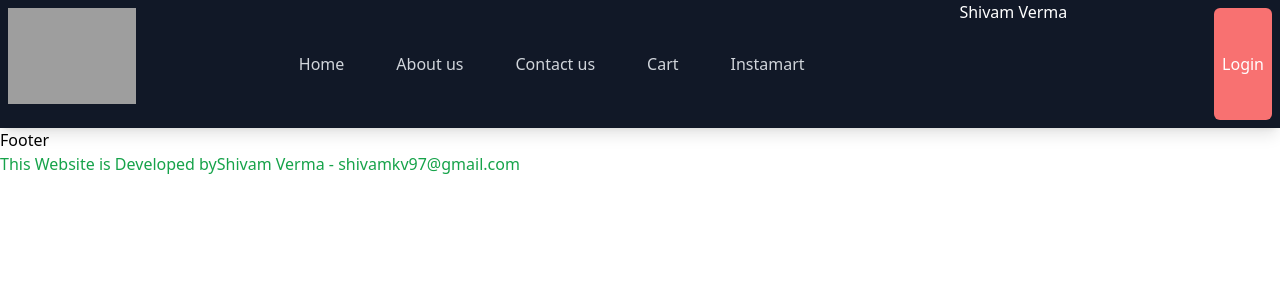
Repository: shivamv97/FOOD-VILLA-APP
Page: /
These files come from the project's save history. The page is drawn as it stood at one moment and after the next save; the edit follows.
The browser window is 1280 px wide. The pictures show the whole page.
Pictures or frames that could not be fetched are drawn as grey boxes. The page's requests for data from a server got no answer. The project was rebuilt for these pictures with package versions that can differ from the ones it lists, and the page was loaded fresh each time. No one was signed in, and anything a server would have sent is missing. Also part of the build but not shown: src/components/RestaurantCards.js, src/components/About.js, src/components/Error.js, src/components/ContactUs.js, src/utils/useRestaurant.js, src/components/RestaurantMenu.js, src/components/Profile.js.

Above is the page before, as saved 2024-09-27 17:00:01.

### index.html
<!DOCTYPE html>
<html lang="en" class="m-0 p-0">
  <head>
    <meta charset="UTF-8" />
    <meta name="viewport" content="width=device-width, initial-scale=1.0" />
    <title>Learning REACT</title>
    <link rel="stylesheet" href="style.css" />
    <!-- <script src="https://cdn.tailwindcss.com"></script> -->
  </head>
  <body>
    <div id="root">Not Rendered</div>
    <!-- <script
      crossorigin
      src="https://unpkg.com/react@18/umd/react.development.js"
    ></script>
    <script
      crossorigin
      src="https://unpkg.com/react-dom@18/umd/react-dom.development.js"
    ></script> -->
    <script type="module" src="src/App.js"></script>
  </body>
</html>

### src/App.js
import React, { lazy, Suspense } from "react";
import ReactDOM from "react-dom/client";
import HeaderComponent from "./components/Title";
import Body from "./components/Body";
import Footer from "./components/Footer";
import About from "./components/About";
import Error from "./components/Error";
import Contact from "./components/ContactUs";
import RestaurantMenu from "./components/RestaurantMenu";
import Profile from "./components/Profile";
import { createBrowserRouter, RouterProvider, Outlet } from "react-router-dom";
import Shimmer from "./components/Shimmer";
// import Instamart from "./components/Instamart";

const Instamart = lazy(() => import("./components/Instamart")); //Lazy Loading
//Return Promise

const AppLayout = () => {
  return (
    <>
      <HeaderComponent />
      <Outlet />
      <Footer />
    </>
  );
};

const appRouter = createBrowserRouter([
  {
    path: "/",
    element: <AppLayout />,
    errorElement: <Error />,
    children: [
      //Nested Routing
      {
        path: "/",
        element: <Body />,
      },
      {
        path: "/About", //parentPath/{path} => localhost:1234/about/profile
        element: <About />,
        children: [
          {
            path: "profile", //parentPath/{path} => localhost:1234/about/profile
            element: <Profile />,
          },
        ],
      },
      {
        path: "/Contact",
        element: <Contact />,
      },
      {
        path: "/Restaurant/:restaurantId", //Dynamic Routing
        element: <RestaurantMenu />,
      },
      {
        path: "/Instamart",
        element: (
          <Suspense fallback={<Shimmer />}>
            <Instamart />
          </Suspense>
        ),
      },
    ],
  },
]);

const root = ReactDOM.createRoot(document.getElementById("root"));

root.render(<RouterProvider router={appRouter} />);
//root will render according to the AppRouter

### src/components/Title.js
import { useState, useContext } from "react";
import { Link } from "react-router-dom";
import UserContext from "../utils/UserContext";
import useOnline from "../utils/useOnline";

const LoggedInUser = () => {
  //API used for authentication
  return true;
};

const Title = () => (
  <a href="/ ">
    <img
      className="h-28 p-2"
      alt="logo"
      src="https://encrypted-tbn0.gstatic.com/images?q=tbn:ANd9GcTJtFXKFKFoihdrJEvX4jBtXqfcO2kJ0KAlIg&s"
    />
  </a>
);

const HeaderComponent = () => {
  const [isLoggedIn, setisLoggedIn] = useState(false);

  const isOnline = useOnline();

  const { user } = useContext(UserContext);
  return (
    <div className="flex justify-between bg-gray-900 shadow-lg">
      <Title />
      <div className="nav-items">
        <ul className="flex py-10 gap-9 px-2">
          <li className="rounded-md py-3 px-2 font-medium text-gray-300 hover:bg-gray-500 hover:text-white">
            <Link to="/">Home </Link>
          </li>
          <li className="rounded-md py-3 px-2 font-medium text-gray-300 hover:bg-gray-500 hover:text-white">
            <Link to="/About">About us</Link>
          </li>
          <li className="rounded-md py-3 px-2 font-medium text-gray-300 hover:bg-gray-500 hover:text-white">
            <Link to="/Contact">Contact us</Link>
          </li>
          <li className="rounded-md py-3 px-2 font-medium text-gray-300 hover:bg-gray-500 hover:text-white">
            <Link to="#">Cart</Link>
          </li>
          <li className="rounded-md py-3 px-2 font-medium text-gray-300 hover:bg-gray-500 hover:text-white">
            <Link to="/Instamart">Instamart</Link>
          </li>
        </ul>
      </div>
      {/* <h1 className="text-white">{isOnline ? "🟢" : "No"}</h1> */}
      <h2 className="text-white">{user.name}</h2>
      {isLoggedIn ? (
        <button
          onClick={() => setisLoggedIn(false)}
          className="bg-red-400 text-white rounded-md m-2 p-2"
        >
          Logout
        </button>
      ) : (
        <button
          onClick={() => setisLoggedIn(true)}
          className="bg-red-400 text-white rounded-md m-2 p-2"
        >
          Login
        </button>
      )}
    </div>
  );
};

export default HeaderComponent;

### src/components/Body.js
import { restaurantlist, restaurant_data } from "../config";
import RestrauntCard from "./RestaurantCards";
import { useState, useEffect } from "react";
import Shimmer from "./Shimmer";
import { Link } from "react-router-dom";
import { filterdata } from "../utils/shares";
import useOnline from "../utils/useOnline";

const Body = () => {
  // const searchTxt = "KFC"; //for reference...(IN JS)
  const [AllRestaurants, setAllRestaurants] = useState([]);
  const [FilteredRestaurants, setFilteredRestaurants] = useState([]); //restaurantlist
  const [searchText, setsearchText] = useState(""); //To create state variable.......(IN REACT)
  // console.log("render()");

  useEffect(() => {
    //API call
    GetRestaurants();
  }, []);

  async function GetRestaurants() {
    const data = await fetch(restaurant_data);
    const json = await data.json();
    console.log(json);
    //you have to make change only in line 32,in cards[i],where i is keep changing in the above api link,try from 0-11
    //it's an config-driven UI,Hence,it's Grid Element position keeps on changing.......
    setAllRestaurants(
      json?.data?.cards[1]?.card?.card?.gridElements?.infoWithStyle?.restaurants
    );
    setFilteredRestaurants(
      json?.data?.cards[1]?.card?.card?.gridElements?.infoWithStyle?.restaurants
    );
  }
  const isOnline = useOnline();

  if (!isOnline) {
    return <h1>🚫Offline,please check your internet Connection!!</h1>; //early return
  }

  //Don't render component(Early Return)
  // if (!AllRestaurants) return null;
  // if (FilteredRestaurants?.length === 0) return <h1>No Restaurants Found!</h1>;

  //Conditional rendering
  return AllRestaurants?.length == 0 ? (
    <Shimmer />
  ) : (
    <>
      <div className="p-5 bg-green-50 my-5">
        <input
          type="text"
          className="search-input"
          placeholder="Search"
          value={searchText}
          onChange={(e) => {
            setsearchText(e.target.value);
          }}
        />
        <button
          className="p-2 m-2 bg-purple-600 text-white rounded-md hover:bg-green-400"
          onClick={() => {
            //filter the data according to need
            const data = filterdata(searchText, AllRestaurants);
            setFilteredRestaurants(data);
            //need to update the state-restauradnts
          }}
        >
          Search
        </button>
      </div>
      <div className="flex flex-wrap">
        {FilteredRestaurants.map((restaurant) => {
          return (
            <Link
              to={"/restaurant/" + restaurant.info.id}
              key={restaurant.info.id}
            >
              <RestrauntCard {...restaurant.info} />
            </Link>
          );
        })}
      </div>
    </>
  );
};

export default Body;

### src/components/Footer.js
import { useContext } from "react";
import UserContext from "../utils/UserContext";
const Footer = () => {
  const { user } = useContext(UserContext);
  return (
    <div>
      <h2>Footer</h2>
      <h3 className="text-green-600">
        This Website is Developed by{user.name} - {user.email}
      </h3>
    </div>
  );
};

export default Footer;

### src/components/Shimmer.js
const Shimmer = () => {
  return (
    <div className="restaurant-list">
      {Array(10)
        .fill("")
        .map((e, index) => (
          <div key={index} className="shimmer-card"></div>
        ))}
    </div>
  );
};

export default Shimmer;

### src/utils/UserContext.js
import { createContext } from "react";

const UserContext = createContext({
  user: {
    name: "Shivam Verma",
    email: "shivamkv97@gmail.com",
  },
});

export default UserContext;

### src/utils/useOnline.js
import { useEffect, useState } from "react";

const useOnline = () => {
  const [isOnline, setIsOnline] = useState(true);

  useEffect(() => {
    const handleonline = () => {
      setIsOnline(true);
    };
    const handleoffline = () => {
      setIsOnline(false);
    };
    window.addEventListener("online", handleonline); //junior+senior developer role
    window.addEventListener("offline", handleoffline);

    return () => {
      window.removeEventListener("online", handleonline); //senior developer role
      window.removeEventListener("offline", handleoffline);
    };
  }, []);

  return isOnline; //returns true or false
};

export default useOnline;

### src/config.js
//PUT MY all Hard Coded File Here
export const Img_cdn_url =
  "https://media-assets.swiggy.com/swiggy/image/upload/fl_lossy,f_auto,q_auto,h_600/";

export const restaurant_data =
  "https://www.swiggy.com/dapi/restaurants/list/v5?lat=12.960059122809971&lng=77.57337538383284&is-seo-homepage-enabled=true&page_type=DESKTOP_WEB_LISTING";

export const restaurantMenu_data_url =
  "https://www.swiggy.com/dapi/menu/pl?page-type=REGULAR_MENU&complete-menu=true&lat=12.960059122809971&lng=77.57337538383284&restaurantId=";

//Config Driven UI
export const restaurantlist = [
  //public API of Swiggy
  {
    "@type": "type.googleapis.com/swiggy.presentation.food.v2.Restaurant",
    info: {
      id: "8561",
      name: "Mughlai Junction",
      cloudinaryImageId: "tnl2yuuxi8zjbgru6iqj",
      locality: "Connaught Place",
      areaName: "Connaught Place",
      costForTwo: "₹600 for two",
      cuisines: ["Mughlai", "North Indian", "Tandoor"],
      avgRating: 4.3,
      parentId: "5354",
      avgRatingString: "4.3",
      totalRatingsString: "10K+",
      promoted: true,
      adTrackingId:
        "cid=15007607~p=0~adgrpid=15007607#ag1~mp=SWIGGY_IN~bl=FOOD~aet=RESTAURANT~aeid=8561~eid=321f01bc-98c6-405c-89d6-b18422bb8f70~srvts=1721229990431~collid=83639",
      sla: {
        deliveryTime: 37,
        lastMileTravel: 4.8,
        serviceability: "SERVICEABLE",
        slaString: "35-40 mins",
        lastMileTravelString: "4.8 km",
        iconType: "ICON_TYPE_EMPTY",
      },
      availability: {
        nextCloseTime: "2024-07-17 23:00:00",
        opened: true,
      },
      badges: {},
      isOpen: true,
      type: "F",
      badgesV2: {
        entityBadges: {
          textExtendedBadges: {},
          textBased: {},
          imageBased: {},
        },
      },
      aggregatedDiscountInfoV3: {
        header: "10% OFF",
        subHeader: "UPTO ₹35",
      },
      orderabilityCommunication: {
        title: {},
        subTitle: {},
        message: {},
        customIcon: {},
      },
      differentiatedUi: {
        displayType: "ADS_UI_DISPLAY_TYPE_ENUM_DEFAULT",
        differentiatedUiMediaDetails: {
          mediaType: "ADS_MEDIA_ENUM_IMAGE",
          lottie: {},
          video: {},
        },
      },
      reviewsSummary: {},
      displayType: "RESTAURANT_DISPLAY_TYPE_DEFAULT",
      restaurantOfferPresentationInfo: {},
      externalRatings: {
        aggregatedRating: {
          rating: "4.4",
          ratingCount: "1K+",
        },
        source: "GOOGLE",
        sourceIconImageId: "v1704440323/google_ratings/rating_google_tag",
      },
      ratingsDisplayPreference: "RATINGS_DISPLAY_PREFERENCE_SHOW_SWIGGY",
    },
    analytics: {},
    cta: {
      link: "swiggy://menu?restaurant_id=8561&source=collection&query=Biryani",
      text: "RESTAURANT_MENU",
      type: "DEEPLINK",
    },
    widgetId: "collectionV5RestaurantListWidget_SimRestoRelevance_food",
  },

  {
    "@type": "type.googleapis.com/swiggy.presentation.food.v2.Restaurant",
    info: {
      id: "817359",
      name: "Zahra Restaurant & Cafe",
      cloudinaryImageId: "asaqtuuszx7hzmxpnfpo",
      locality: "Old Delhi",
      areaName: "Old Delhi",
      costForTwo: "₹300 for two",
      cuisines: ["Indian", "Tandoor", "Kebabs", "Snacks", "Biryani"],
      avgRating: 4.3,
      parentId: "229129",
      avgRatingString: "4.3",
      totalRatingsString: "100+",
      sla: {
        deliveryTime: 29,
        lastMileTravel: 1.3,
        serviceability: "SERVICEABLE",
        slaString: "25-30 mins",
        lastMileTravelString: "1.3 km",
        iconType: "ICON_TYPE_EMPTY",
      },
      availability: {
        nextCloseTime: "2024-07-17 22:59:00",
        opened: true,
      },
      badges: {},
      isOpen: true,
      type: "F",
      badgesV2: {
        entityBadges: {
          textExtendedBadges: {},
          textBased: {},
          imageBased: {},
        },
      },
      aggregatedDiscountInfoV3: {
        header: "50% OFF",
        subHeader: "UPTO ₹100",
      },
      orderabilityCommunication: {
        title: {},
        subTitle: {},
        message: {},
        customIcon: {},
      },
      differentiatedUi: {
        displayType: "ADS_UI_DISPLAY_TYPE_ENUM_DEFAULT",
        differentiatedUiMediaDetails: {
          mediaType: "ADS_MEDIA_ENUM_IMAGE",
          lottie: {},
          video: {},
        },
      },
      reviewsSummary: {},
      displayType: "RESTAURANT_DISPLAY_TYPE_DEFAULT",
      restaurantOfferPresentationInfo: {},
      externalRatings: {
        aggregatedRating: {
          rating: "--",
        },
      },
      ratingsDisplayPreference: "RATINGS_DISPLAY_PREFERENCE_SHOW_SWIGGY",
    },
    analytics: {},
    cta: {
      link: "swiggy://menu?restaurant_id=817359&source=collection&query=Biryani",
      text: "RESTAURANT_MENU",
      type: "DEEPLINK",
    },
    widgetId: "collectionV5RestaurantListWidget_SimRestoRelevance_food",
  },

  {
    "@type": "type.googleapis.com/swiggy.presentation.food.v2.Restaurant",
    info: {
      id: "81523",
      name: "Amma Mess",
      cloudinaryImageId: "a09jpzja1zusso85bbmz",
      locality: "Karol Bagh",
      areaName: "Karol Bagh",
      costForTwo: "₹300 for two",
      cuisines: ["South Indian"],
      avgRating: 4.5,
      parentId: "15687",
      avgRatingString: "4.5",
      totalRatingsString: "10K+",
      promoted: true,
      adTrackingId:
        "cid=15010070~p=1~adgrpid=15010070#ag1~mp=SWIGGY_IN~bl=FOOD~aet=RESTAURANT~aeid=81523~eid=b2807d99-426d-4265-8bac-9448c8101a5f~srvts=1721229990431~collid=83639",
      sla: {
        deliveryTime: 37,
        lastMileTravel: 6.3,
        serviceability: "SERVICEABLE",
        slaString: "35-40 mins",
        lastMileTravelString: "6.3 km",
        iconType: "ICON_TYPE_EMPTY",
      },
      availability: {
        nextCloseTime: "2024-07-17 22:30:00",
        opened: true,
      },
      badges: {},
      isOpen: true,
      aggregatedDiscountInfoV2: {},
      type: "F",
      badgesV2: {
        entityBadges: {
          textBased: {},
          imageBased: {},
          textExtendedBadges: {},
        },
      },
      orderabilityCommunication: {
        title: {},
        subTitle: {},
        message: {},
        customIcon: {},
      },
      differentiatedUi: {
        displayType: "ADS_UI_DISPLAY_TYPE_ENUM_DEFAULT",
        differentiatedUiMediaDetails: {
          mediaType: "ADS_MEDIA_ENUM_IMAGE",
          lottie: {},
          video: {},
        },
      },
      reviewsSummary: {},
      displayType: "RESTAURANT_DISPLAY_TYPE_DEFAULT",
      restaurantOfferPresentationInfo: {},
      externalRatings: {
        aggregatedRating: {
          rating: "4.2",
          ratingCount: "1K+",
        },
        source: "GOOGLE",
        sourceIconImageId: "v1704440323/google_ratings/rating_google_tag",
      },
      ratingsDisplayPreference: "RATINGS_DISPLAY_PREFERENCE_SHOW_SWIGGY",
    },
    analytics: {},
    cta: {
      link: "swiggy://menu?restaurant_id=81523&source=collection&query=Biryani",
      text: "RESTAURANT_MENU",
      type: "DEEPLINK",
    },
    widgetId: "collectionV5RestaurantListWidget_SimRestoRelevance_food",
  },

  {
    "@type": "type.googleapis.com/swiggy.presentation.food.v2.Restaurant",
    info: {
      id: "144716",
      name: "Mughlai Invitation",
      cloudinaryImageId: "a4530760ed2ff35b487605618cc6dc45",
      areaName: "Chandni Chowk",
      costForTwo: "₹200 for two",
      cuisines: ["Indian", "Mughlai", "Biryani", "Sweets"],
      avgRating: 4.6,
      parentId: "141076",
      avgRatingString: "4.6",
      totalRatingsString: "100+",
      sla: {
        deliveryTime: 30,
        lastMileTravel: 1.5,
        serviceability: "SERVICEABLE",
        slaString: "30-35 mins",
        lastMileTravelString: "1.5 km",
        iconType: "ICON_TYPE_EMPTY",
      },
      availability: {
        nextCloseTime: "2024-07-17 22:59:00",
        opened: true,
      },
      badges: {},
      isOpen: true,
      aggregatedDiscountInfoV2: {},
      type: "F",
      badgesV2: {
        entityBadges: {
          textExtendedBadges: {},
          textBased: {},
          imageBased: {},
        },
      },
      orderabilityCommunication: {
        title: {},
        subTitle: {},
        message: {},
        customIcon: {},
      },
      differentiatedUi: {
        displayType: "ADS_UI_DISPLAY_TYPE_ENUM_DEFAULT",
        differentiatedUiMediaDetails: {
          mediaType: "ADS_MEDIA_ENUM_IMAGE",
          lottie: {},
          video: {},
        },
      },
      reviewsSummary: {},
      displayType: "RESTAURANT_DISPLAY_TYPE_DEFAULT",
      restaurantOfferPresentationInfo: {},
      externalRatings: {
        aggregatedRating: {
          rating: "4.8",
          ratingCount: "100+",
        },
        source: "GOOGLE",
        sourceIconImageId: "v1704440323/google_ratings/rating_google_tag",
      },
      ratingsDisplayPreference: "RATINGS_DISPLAY_PREFERENCE_SHOW_SWIGGY",
    },
    analytics: {},
    cta: {
      link: "swiggy://menu?restaurant_id=144716&source=collection&query=Biryani",
      text: "RESTAURANT_MENU",
      type: "DEEPLINK",
    },
    widgetId: "collectionV5RestaurantListWidget_SimRestoRelevance_food",
  },

  {
    "@type": "type.googleapis.com/swiggy.presentation.food.v2.Restaurant",
    info: {
      id: "64321",
      name: "Southern Masala",
      cloudinaryImageId: "14527e27a298304dd07904f777372cb5",
      locality: "Karol Bagh",
      areaName: "Karol Bagh",
      costForTwo: "₹350 for two",
      cuisines: ["Andhra", "Biryani", "South Indian", "Thalis"],
      avgRating: 3.9,
      parentId: "17286",
      avgRatingString: "3.9",
      totalRatingsString: "1K+",
      promoted: true,
      adTrackingId:
        "cid=15472783~p=2~adgrpid=15472783#ag1~mp=SWIGGY_IN~bl=FOOD~aet=RESTAURANT~aeid=64321~eid=785e1ed6-7474-46a2-ba9f-4a9325d5fabc~srvts=1721229990431~collid=83639",
      sla: {
        deliveryTime: 38,
        lastMileTravel: 5,
        serviceability: "SERVICEABLE",
        slaString: "35-40 mins",
        lastMileTravelString: "5.0 km",
        iconType: "ICON_TYPE_EMPTY",
      },
      availability: {
        nextCloseTime: "2024-07-17 22:00:00",
        opened: true,
      },
      badges: {},
      isOpen: true,
      type: "F",
      badgesV2: {
        entityBadges: {
          textBased: {},
          imageBased: {},
          textExtendedBadges: {},
        },
      },
      aggregatedDiscountInfoV3: {
        header: "₹125 OFF",
        subHeader: "ABOVE ₹199",
        discountTag: "FLAT DEAL",
      },
      orderabilityCommunication: {
        title: {},
        subTitle: {},
        message: {},
        customIcon: {},
      },
      differentiatedUi: {
        displayType: "ADS_UI_DISPLAY_TYPE_ENUM_DEFAULT",
        differentiatedUiMediaDetails: {
          mediaType: "ADS_MEDIA_ENUM_IMAGE",
          lottie: {},
          video: {},
        },
      },
      reviewsSummary: {},
      displayType: "RESTAURANT_DISPLAY_TYPE_DEFAULT",
      restaurantOfferPresentationInfo: {},
      externalRatings: {
        aggregatedRating: {
          rating: "4.1",
          ratingCount: "100+",
        },
        source: "GOOGLE",
        sourceIconImageId: "v1704440323/google_ratings/rating_google_tag",
      },
      ratingsDisplayPreference: "RATINGS_DISPLAY_PREFERENCE_SHOW_SWIGGY",
    },
    analytics: {},
    cta: {
      link: "swiggy://menu?restaurant_id=64321&source=collection&query=Biryani",
      text: "RESTAURANT_MENU",
      type: "DEEPLINK",
    },
    widgetId: "collectionV5RestaurantListWidget_SimRestoRelevance_food",
  },
];

### src/utils/shares.js
export function filterdata(searchText, restaurants) {
  return restaurants.filter((restaurant) =>
    restaurant.info.name.toLowerCase().includes(searchText.toLowerCase())
  );
}

Loaded but not shown: style.css (common file); tailwind.config.js (common file)

After the next save:
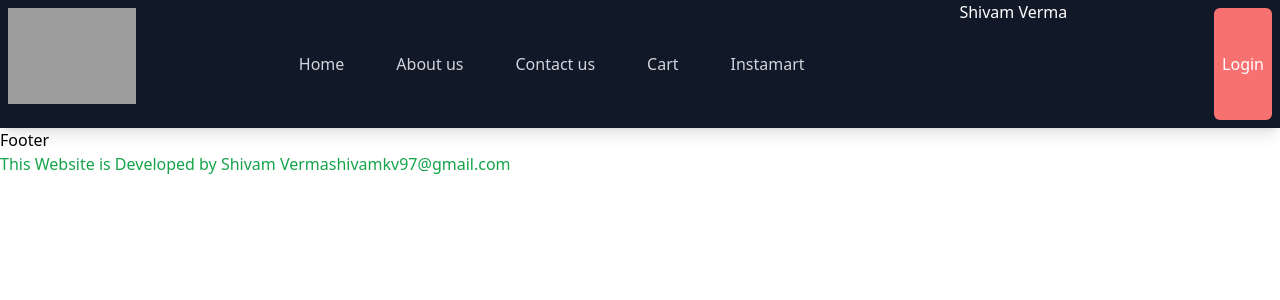
Saved 16 s later.
--- a/src/components/Footer.js
+++ b/src/components/Footer.js
@@ -6,7 +6,8 @@ const Footer = () => {
     <div>
       <h2>Footer</h2>
       <h3 className="text-green-600">
-        This Website is Developed by{user.name} - {user.email}
+        This Website is Developed by {user.name}
+        {user.email}
       </h3>
     </div>
   );
